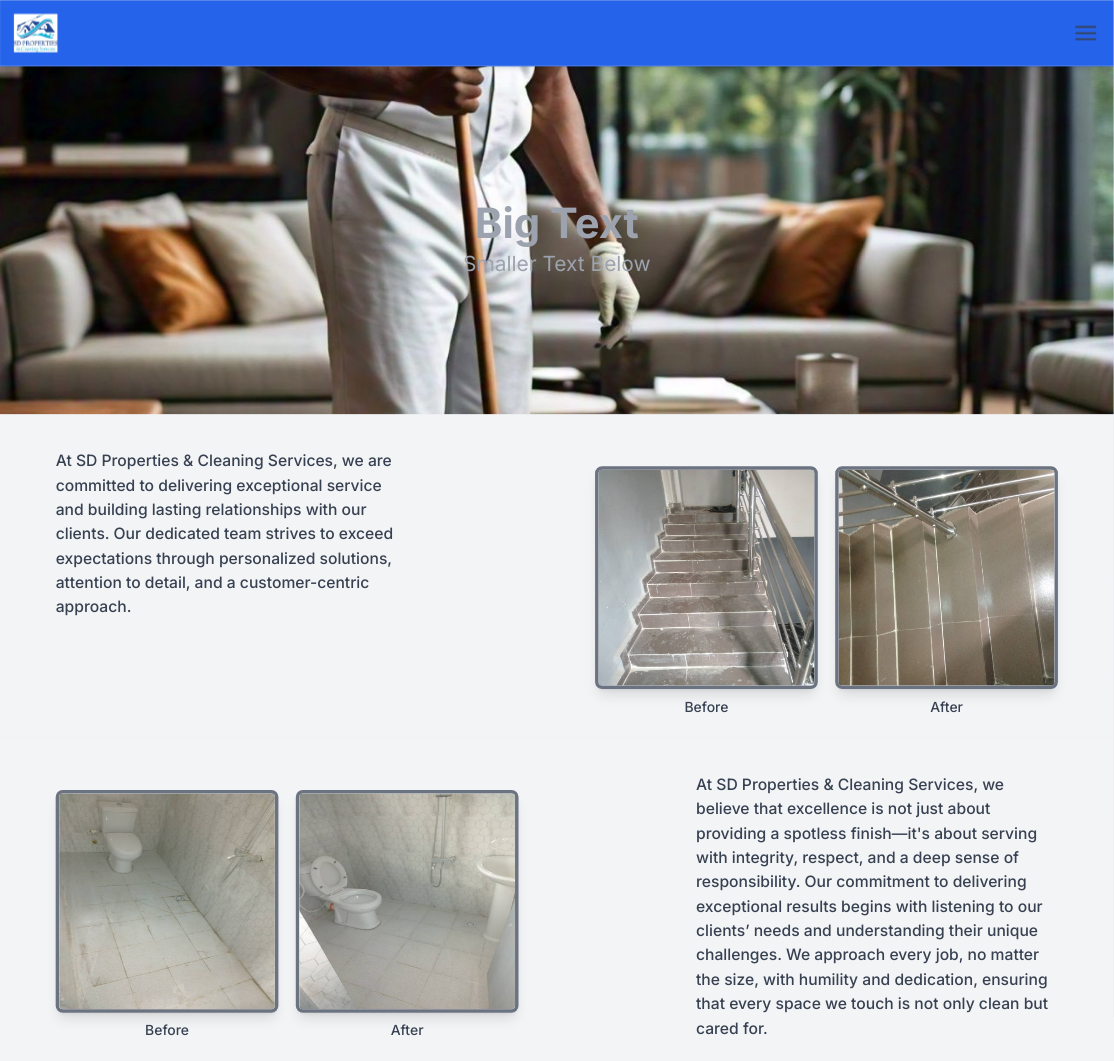
Repository: devmskhan/sdpropandclean
Page: /
An editor plug-in stored every save of this project. The page is shown before and after the next save, followed by the edit.
The browser window is 1280 px wide. The pictures show the whole page, at 87% of full size.
The project was rebuilt for these pictures with package versions that can differ from the ones it lists, and the page was loaded fresh each time. The framework's server and built-in components were replaced by stand-ins that run in the browser. Also part of the build but not shown: next.config.mjs.

Above is the page before, as saved 2024-09-03 13:25:35.

After the next save:
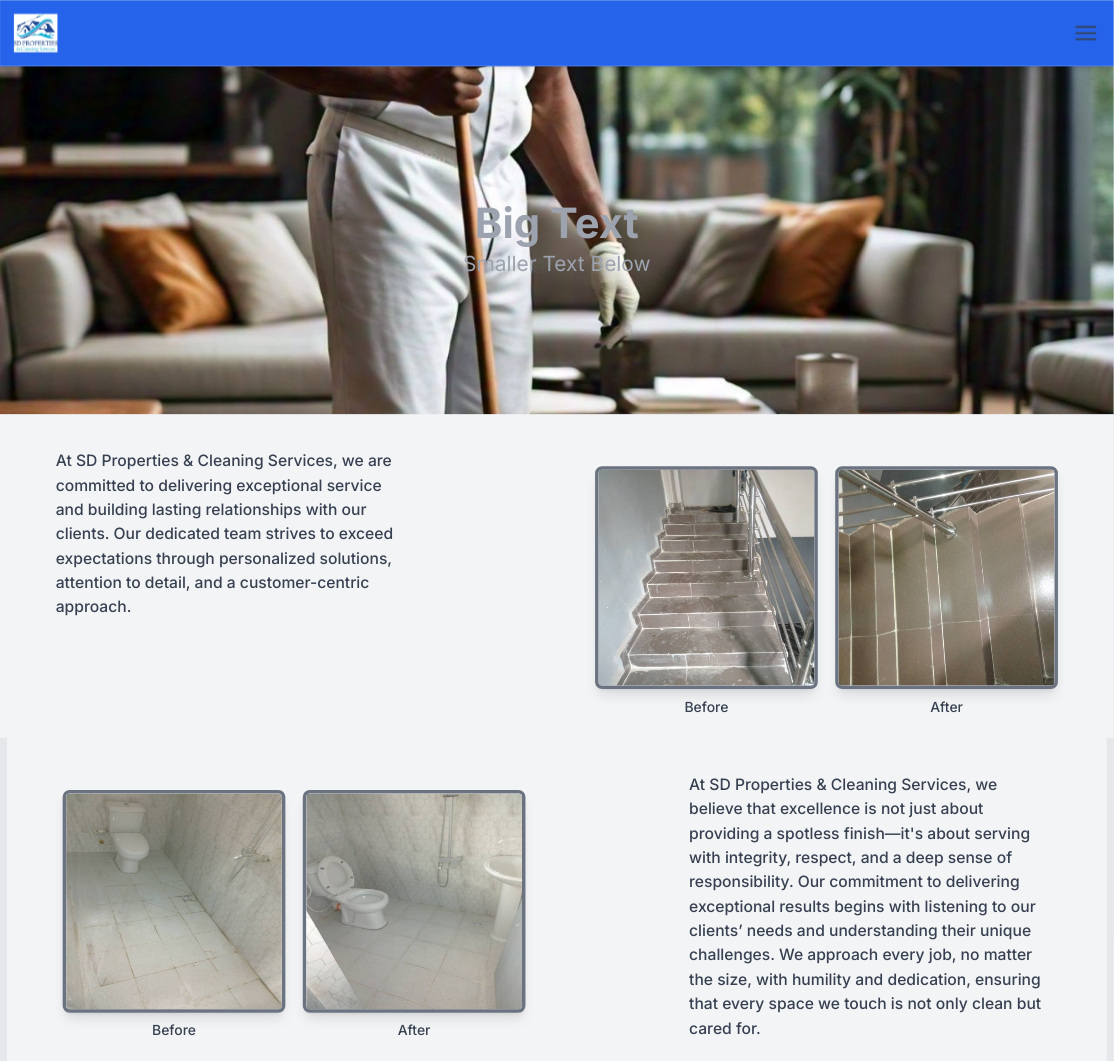
Saved 4 s later.
--- a/components/Body.tsx
+++ b/components/Body.tsx
@@ -41,7 +41,7 @@ function Body() {
 
 </div>
 
-<div className="flex justify-between p-6 bg-gray-100 mx-">
+<div className="flex justify-between p-6 bg-gray-100 mx-2">
 
 <div className="flex space-x-5 mt-4 ml-10">
 <div className="flex flex-col items-center">
